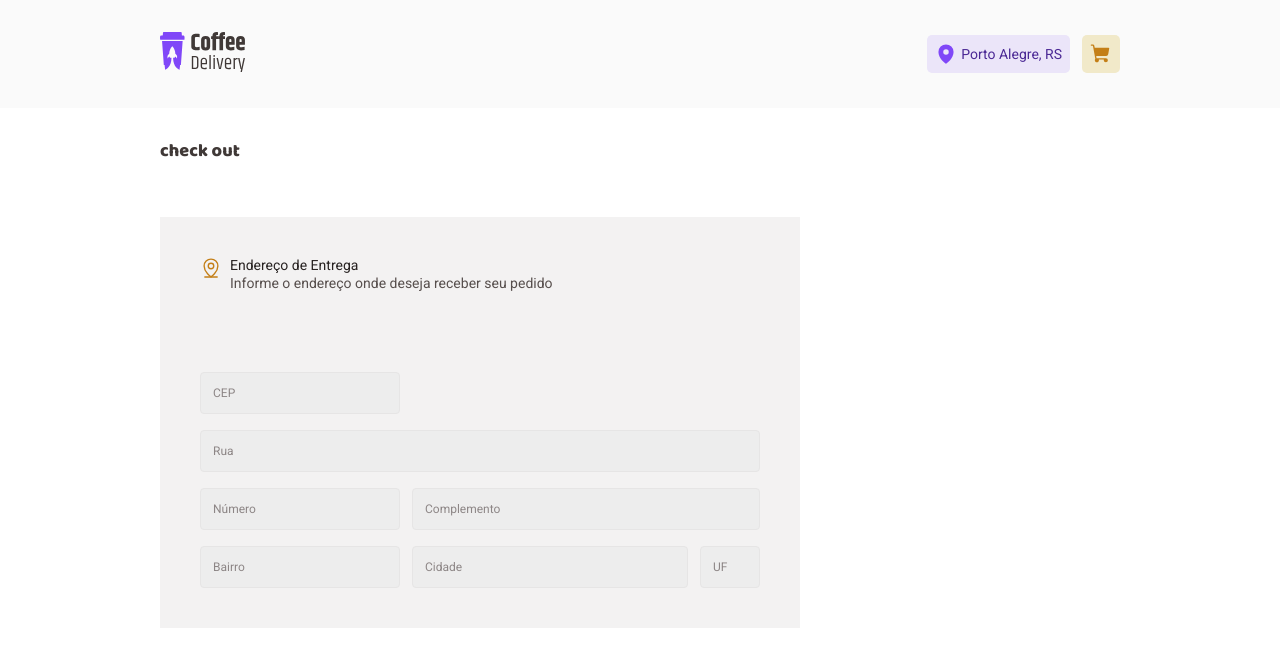
Repository: caueenrico/CoffeDelivery
Page: /checkout
An editor plug-in stored every save of this project. The page is shown before and after the next save, followed by the edit.
The browser window is 1280 px wide. The pictures show the whole page.
The project was rebuilt for these pictures with package versions that can differ from the ones it lists, and the page was loaded fresh each time. Also part of the build but not shown: vite.config.ts, src/components/CoffesOptions/styled.ts, src/components/CoffeCards/styles.ts, src/components/IpuntNumber/styles.ts, src/components/IpuntNumber/index.tsx, src/components/CartOfCard/styles.ts, src/components/CartOfCard/index.tsx, src/utils/formatMoney.ts and 4 more.

Above is the page before, as saved 2022-09-22 15:26:28.

### index.html
<!DOCTYPE html>
<html lang="en">
  <head>
    <meta charset="UTF-8" />

    <link rel="preconnect" href="https://fonts.googleapis.com" />
    <link rel="preconnect" href="https://fonts.gstatic.com" crossorigin />
    <link
      href="https://fonts.googleapis.com/css2?family=Baloo+2:wght@700;800&family=Roboto:wght@400;700&display=swap"
      rel="stylesheet"
    />

    <link rel="icon" type="image/svg+xml" href="/vite.svg" />
    <meta name="viewport" content="width=device-width, initial-scale=1.0" />
    <title>Vite + React + TS</title>
  </head>
  <body>
    <div id="root"></div>
    <script type="module" src="/src/main.tsx"></script>
  </body>
</html>

### src/App.tsx
import { BrowserRouter } from "react-router-dom";
import { ThemeProvider } from "styled-components";
import { Router } from "./Router";
import { defaultTheme } from "./styles/themes/default";
import { GlobalStyle } from "./styles/themes/global";

export function App() {
  return (
    <ThemeProvider theme={defaultTheme}>
      <BrowserRouter>
        <Router />
      </BrowserRouter>
      <GlobalStyle />
    </ThemeProvider>
  );
}

### src/Router.tsx
import { Routes, Route } from 'react-router-dom'
import { DefaultLayout } from './layouts/DefaultLayout'
import { CheckOut } from './pages/CheckOut'
import { Home } from './pages/Home'



export function Router() {
  return (
    <Routes>
      <Route path="/" element={<DefaultLayout />}>
        <Route path="/" element={<Home />} />
        <Route path="/checkout" element={<CheckOut />} />
      </Route>
    </Routes>
  )
}

### src/styles/themes/default.ts
export const defaultTheme = {
  white: '#FFFFFF',

  // PRODUTOS
  'yellow-dark': '#C47F17',
  'yellow': '#DBAC2C',
  'yellow-light': '#F1E9C9',

  'purple-dark': '#4B2995',
  'purple': '#8047F8',
  'purple-light': '#EBE5F9',

  //BASE
  'title':'#272221',
  'subtitle': '#403937',
  'text':'#574F4D',
  'label':'#8D8686',
  'hover':'#D7D5D5',
  'button':'#E6E5E5',
  'input':'#EDEDED',
  'card':'#F3F2F2',
  'background':'#FAFAFA'
}

### src/styles/themes/global.ts
import { createGlobalStyle } from "styled-components";


export const GlobalStyle = createGlobalStyle`
  *{
    margin: 0;
    padding: 0;
    box-sizing: border-box;
  }

  :focus{
    outline: 0;
  }

  body{
    -webkit-font-smoothing: antialiased;
  }

  body,input,textarea,button{
    font-family: 'Roboto', sans-serif;
    font-weight: 400;
    font-size: 1rem;
  }

  input::-webkit-outer-spin-button,
  input::-webkit-inner-spin-button {
    -webkit-appearance: none;
    margin: 0;
  }
  input[type="number"] {
    -moz-appearance: textfield;
  }

`

### src/layouts/DefaultLayout/index.tsx
import { Outlet } from 'react-router-dom'
import { Header } from '../../components/Header'
import { LayoutContainer } from './styles'

export function DefaultLayout() {
  return (
    <div>
      <LayoutContainer>
        <Header />
        <Outlet />
      </LayoutContainer>
    </div>
  )
}

### src/pages/CheckOut/index.tsx
import { MapPinLine } from "phosphor-react";
import { useTheme } from "styled-components";
import { TilteText } from "../Home/styles";
import { AddressForm } from "./AddresForm";
import { TextCheck } from "./components/TextosCheck";
import { AddressFormContainer, ContainerCheckOut } from "./styles";

export function CheckOut() {
  return (
    <>
      <TilteText>check out</TilteText>

      <ContainerCheckOut>
        <TextCheck
          icon={<MapPinLine size={22} color="#C47F17" />}
          title="Endereço de Entrega"
          subtitle="Informe o endereço onde deseja receber seu pedido"
        />

        <AddressForm />

      </ContainerCheckOut>
    </>
  );
}

### src/components/Header/index.tsx
import { HeaderContainer, NavHeaders } from "./styles";
import logo from '../assets/logo.svg';
import { Locations } from "../Locations";
import { Cart } from "../Cart";
import { NavLink } from "react-router-dom";


export function Header() {
  return (
    <HeaderContainer>
      <NavLink to='/'>
      <img src={logo} alt="" />
      </NavLink>

      <NavHeaders>
        <Locations />
        <NavLink to='/checkout'>
          <Cart/>
        </NavLink>
      </NavHeaders>
    </HeaderContainer>
  );
}

### src/layouts/DefaultLayout/styles.ts
import styled from 'styled-components'

export const LayoutContainer = styled.div`

`

### src/pages/Home/styles.ts
import Background from '../assets/Background.png'

import styled from "styled-components";

export const BannerContainer = styled.div`

display: flex;
align-items: center;
justify-content: space-between;

padding: 94px 160px;

background-image: url(${Background});
background-position: center;
background-repeat: no-repeat;
background-size: cover;

`

export const TextContainer = styled.div`
 max-width: 588px;

 h1{
  font-family: 'Baloo 2';
  font-style: normal;
  font-weight: 800;
  font-size: 48px;
  line-height: 130%;
  color: ${props => props.theme['title']}
 }

  span {
    font-family: 'Roboto';
    font-weight: 400;
    font-size: 20px;
    line-height: 130%;
    color: ${props => props.theme['subtitle']}
  }




`

export const Benefist = styled.div `

  margin-top: 66px;
  max-width: 567px;
  color: ${props => props.theme['text']};

  ul {
    list-style-type: none;
    display: flex;
    gap: 40px;

  }

  ul li{
    font-size: 16px;
    display: flex;
    align-items: center;
    margin-bottom: 20px;
    gap: 12px;


  }

  .test{
    width: 231px;
  }
`

export const ProductsContainer = styled.div`

  h1{
    font-family: 'Baloo 2';
    font-style: normal;
    font-weight: 800;
    font-size: 32px;
    line-height: 130%;

    margin-left: 160px;
    margin-top: 32px;
    margin-bottom: 54px;

    color:${props => props.theme['subtitle']}
  }



`

export const TilteText = styled.h1`
    font-family: 'Baloo 2';
    font-style: normal;
    font-weight: 800;
    font-size: 18px;
    line-height: 130%;

    margin-left: 160px;
    margin-top: 32px;
    margin-bottom: 54px;

    color:${props => props.theme['subtitle']}
`

### src/pages/CheckOut/AddresForm.tsx
import { InputForm } from "../../components/InpuitForm";
import { AddressFormContainer } from "./styles";



export function AddressForm(){
  return(
    <AddressFormContainer>
      <InputForm placeholder="CEP" type='number' className="cep"/>
      <InputForm placeholder="Rua" className="street"/>
      <InputForm placeholder="Número" type='number'/>
      <InputForm placeholder="Complemento" className="complemento"/>
      <InputForm placeholder="Bairro" />
      <InputForm placeholder="Cidade"/>
      <InputForm placeholder="UF"/>
    </AddressFormContainer>
  )
}

### src/pages/CheckOut/components/TextosCheck/index.tsx
import { ReactNode } from "react"
import { SectionTitleContainer } from "./styles"

interface TextCheckProps{
  title: string
  subtitle: string
  icon: ReactNode
}

export function TextCheck({title,subtitle,icon}: TextCheckProps){
  return(
    <SectionTitleContainer>
      {icon}
      <div>
        <h1>{title}</h1>
        <span>{subtitle}</span>
      </div>
    </SectionTitleContainer>
  )
}

### src/pages/CheckOut/styles.ts
import styled from "styled-components";

export const ContainerCheckOut = styled.div `

  margin-left: 160px;
  display: flex;
  flex-direction: column;
  max-width: 40rem;
  background: ${props => props.theme.card};
`

export const AddressFormContainer = styled.div`
  width: 100%;

  margin: 40px;
  display: grid;
  grid-template-columns: 12.5rem 17.25rem 3.75rem;
  column-gap: 0.75rem;
  row-gap: 1rem;
  grid-auto-flow: dense;

  .cep{
    grid-column: span 3;
    max-width: 12.5rem;
  }

  .street{
    grid-column: span 3;
  }

  .complemento {
    grid-column: span 2;
  }

`

### src/components/Header/styles.ts
import styled from "styled-components";

export const HeaderContainer = styled.div`

  min-height: 104px;

  display: flex;
  align-items: center;
  justify-content: space-between;

  padding: 32px 160px;

  background-color: ${props => props.theme['background']};

  position: sticky;
  top: 0;
  left: 0;
  z-index: 5;

`
export const NavHeaders = styled.nav`
  display: flex;
  gap: 12px;

`

### src/components/Locations/index.tsx
import { MapPin } from "phosphor-react";
import { LocationsContainer } from "./styles";


export function Locations (){

  return (
    <LocationsContainer>
        <MapPin size={22} weight='fill' color="#8047F8"/> Porto Alegre, RS
    </LocationsContainer>
  )
}

### src/components/Cart/index.tsx
import { ShoppingCart } from "phosphor-react";
import React from "react";
import { CartContainer } from "./styles";

export function Cart (){
  return(
    <CartContainer>
      <ShoppingCart size={22} weight='fill'/>
    </CartContainer>
  )
}

### src/components/InpuitForm/index.tsx
import { InputHTMLAttributes } from "react";
import { InputStyleContainer } from "./styles";

type InputProps = InputHTMLAttributes<HTMLInputElement>

export function InputForm({...props}:InputProps ){
  return(
    <InputStyleContainer {...props}/>
  )
}

### src/pages/CheckOut/components/TextosCheck/styles.ts
import styled from "styled-components";

export const SectionTitleContainer = styled.div`
  display: flex;
  gap: 0.5rem;
  margin: 40px;


  div{
    h1{
      font-size: 0.875rem;
      font-weight: 400;
      color: ${props => props.theme.title};
    }
    span{
      font-size: 0.875rem;
      font-weight: 400;
      color: ${props => props.theme.text};
    }
  }

`

### src/components/Locations/styles.ts
import styled from "styled-components";

export const LocationsContainer = styled.div`
  border-radius: 5px;

  max-width: 143px;
  padding: 8px;
  font-size: 14px;

  background-color: ${props => props.theme['purple-light']};
  color: ${props => props.theme['purple-dark']};

  display: flex;
  justify-content: center;
  align-items: center;
  gap: 4px;



`

### src/components/Cart/styles.ts
import styled from "styled-components";

export const CartContainer = styled.button`
  max-width: 38px;
  max-height: 38px;
  border-radius: 5px;
  border: none;

  background-color: ${props => props.theme['yellow-light']};
  color: ${props => props.theme['yellow-dark']};

  display: flex;
  align-content: center;
  align-items: center;

  padding: 8px;

`

### src/components/InpuitForm/styles.ts
import styled from "styled-components";

export const InputStyleContainer = styled.input`
  height: 2.625rem;
  border-radius: 4px;
  border: 1px solid ${props => props.theme.button};
  background: ${props => props.theme.input};
  transition: 0.4s;

  &:focus{
    border-color: ${props => props.theme["yellow-dark"]};
  }

  color: ${props => props.theme["text"]};
  font-size: 00.75rem;
  padding: 0 0.75rem;

  &::placeholder{
    color: ${props => props.theme["label"]};
  }
`

Loaded but not shown: src/main.tsx (common file)

After the next save:
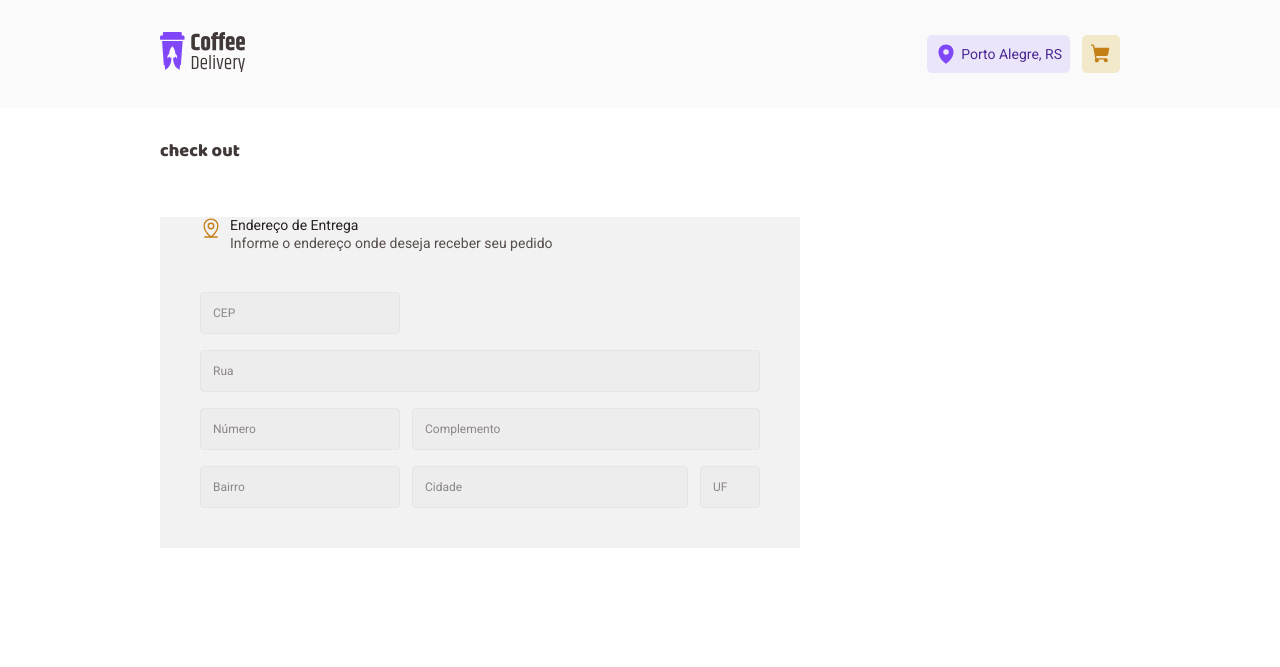
Saved 6 s later.
--- a/src/pages/CheckOut/components/TextosCheck/styles.ts
+++ b/src/pages/CheckOut/components/TextosCheck/styles.ts
@@ -3,7 +3,7 @@ import styled from "styled-components";
 export const SectionTitleContainer = styled.div`
   display: flex;
   gap: 0.5rem;
-  margin: 40px;
+  margin: 0 40px;
 
 
   div{
